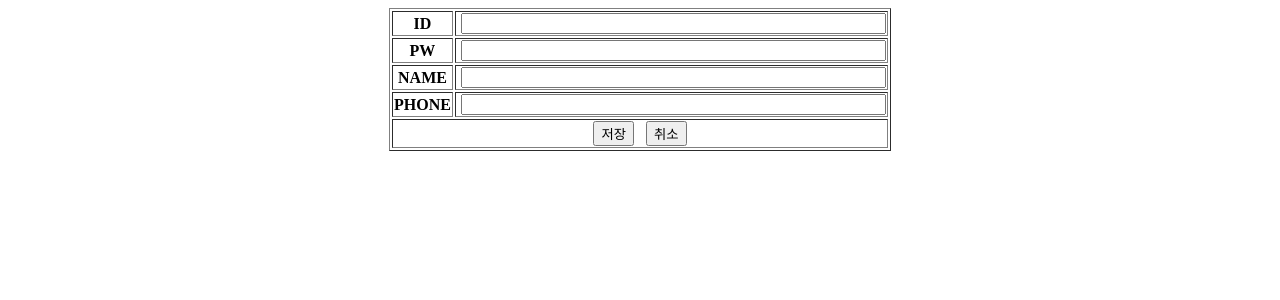
Repository: chan237/jspStudy
Page: jspStudy/src/main/webapp/member/writeMember.html
These files come from the project's save history. The page is drawn as it stood at one moment and after the next save; the edit follows.
The browser window is 1280 px wide. The pictures show the whole page.

Above is the page before, as saved 2024-12-03 08:29:46.

After the next save:
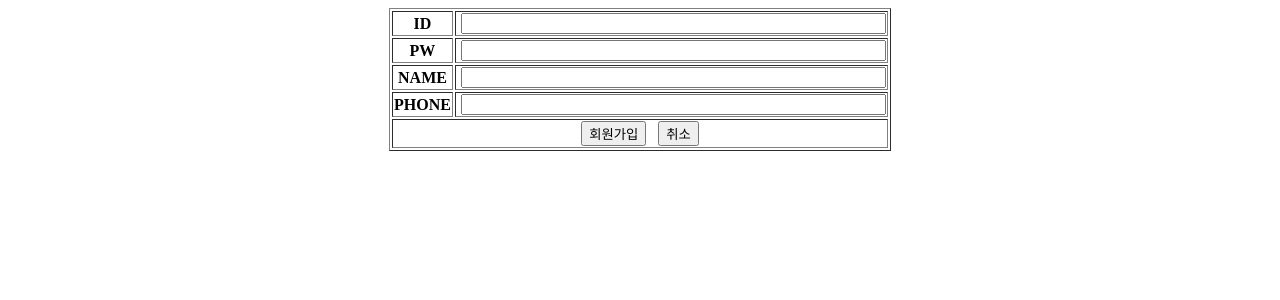
Saved 5 min 3 s later.
--- a/jspStudy/src/main/webapp/member/writeMember.html
+++ b/jspStudy/src/main/webapp/member/writeMember.html
@@ -34,7 +34,7 @@
         </tr>
         <tr>
          <td colspan="2" align="center">
-           <input type="submit" value="저장">&nbsp;&nbsp;
+           <input type="submit" value="회원가입">&nbsp;&nbsp;
            <input type="reset" value="취소">
          </td>
          </tr>
